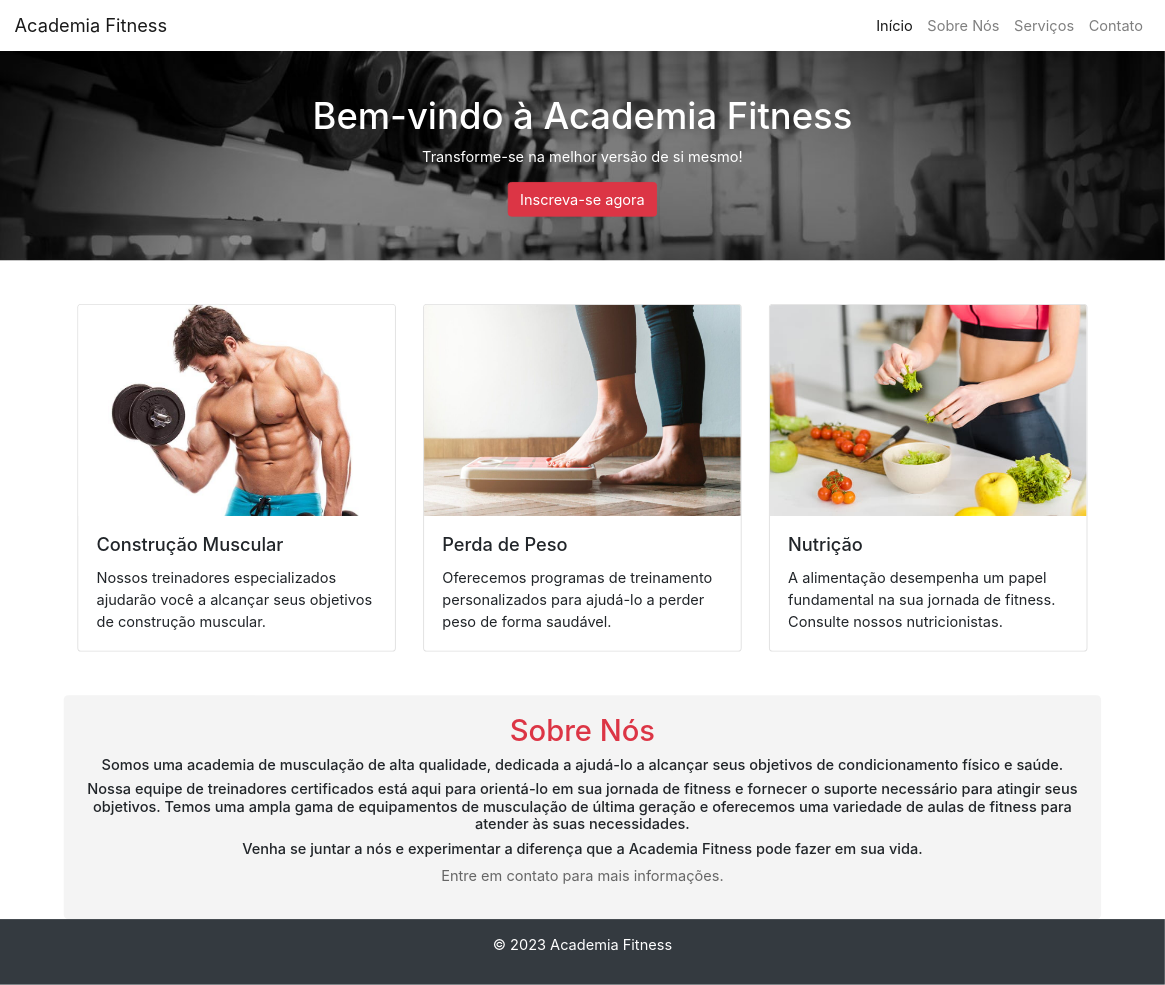
Repository: 01nethy/pratica14
Page: index.html
The author's editor kept a copy of each file at every save. The page is drawn from the files as they stood at one save, then again after the next save.
The browser window is 1280 px wide. The pictures show the whole page, at 91% of full size.

Above is the page before, as saved 2023-09-08 00:16:26.

### index.html
<!DOCTYPE html>
<html lang="pt-BR">
<head>
    <meta charset="UTF-8">
    <meta name="viewport" content="width=device-width, initial-scale=1.0">
    <title>Academia de Musculação</title>
    <link rel="stylesheet" href="https://stackpath.bootstrapcdn.com/bootstrap/4.5.2/css/bootstrap.min.css">
    <link rel="stylesheet" href="style.css">
</head>
<body>

<!-- Barra de navegação -->
<nav class="navbar navbar-expand-lg navbar-light bg-white">
    <a class="navbar-brand" href="#">Academia Fitness</a>
    <button class="navbar-toggler" type="button" data-toggle="collapse" data-target="#navbarNav" aria-controls="navbarNav" aria-expanded="false" aria-label="Toggle navigation">
        <span class="navbar-toggler-icon"></span>
    </button>
    <div class="collapse navbar-collapse" id="navbarNav">
        <ul class="navbar-nav ml-auto">
            <li class="nav-item active">
                <a class="nav-link" href="#">Início</a>
            </li>
            <li class="nav-item">
                <a class="nav-link" href="#">Sobre Nós</a>
            </li>
            <li class="nav-item">
                <a class="nav-link" href="#">Serviços</a>
            </li>
            <li class="nav-item">
                <a class="nav-link" href="#">Contato</a>
            </li>
        </ul>
    </div>
</nav>

<!-- Cabeçalho -->
<header id="fundo" class="py-5 text-center">
    <h1>Bem-vindo à Academia Fitness</h1>
    <p>Transforme-se na melhor versão de si mesmo!</p>
    <a class="btn btn-danger" href="#">Inscreva-se agora</a>
</header>

<!-- Seção de Destaque -->
<section class="container my-5">
    <div class="row">
        <div class="col-md-4">
            <div class="card">
                <img src="massa.jpg" class="card-img-top" alt="Ganho de Massa">
                <div class="card-body">
                    <h5 class="card-title">Construção Muscular</h5>
                    <p class="card-text">Nossos treinadores especializados ajudarão você a alcançar seus objetivos de construção muscular.</p>
                </div>
            </div>
        </div>
        <div class="col-md-4">
            <div class="card">
                <img src="peso.jpeg" class="card-img-top" alt="Perda de Peso">
                <div class="card-body">
                    <h5 class="card-title">Perda de Peso</h5>
                    <p class="card-text">Oferecemos programas de treinamento personalizados para ajudá-lo a perder peso de forma saudável.</p>
                </div>
            </div>
        </div>
        <div class="col-md-4">
            <div class="card">
                <img src="nutricao.jpg" class="card-img-top" alt="Nutrição">
                <div class="card-body">
                    <h5 class="card-title">Nutrição</h5>
                    <p class="card-text">A alimentação desempenha um papel fundamental na sua jornada de fitness. Consulte nossos nutricionistas.</p>
                </div>
            </div>
        </div>
    </div>
</section>

<div class="container mt-5 info">
    <h2 class="text-danger mx-1">Sobre Nós</h2>
    <h6>Somos uma academia de musculação de alta qualidade, dedicada a ajudá-lo a alcançar seus objetivos de condicionamento físico e saúde.</h6>
    <h6>Nossa equipe de treinadores certificados está aqui para orientá-lo em sua jornada de fitness e fornecer o suporte necessário para atingir seus objetivos. Temos uma ampla gama de equipamentos de musculação de última geração e oferecemos uma variedade de aulas de fitness para atender às suas necessidades.</h6>
    <h6>Venha se juntar a nós e experimentar a diferença que a Academia Fitness pode fazer em sua vida.</h6>
    <p>Entre em contato para mais informações.</p>
</div>

<!-- Rodapé -->
<footer class="bg-dark text-white text-center py-3">
    <p>&copy; 2023 Academia Fitness</p>
</footer>


</body>
</html>

### style.css
#fundo{

    background: url(background2.jpg) top left;
    background-size: cover;

}

header{
    color: white;
}

.info {
    background-color: #f4f4f4;
    padding: 20px;
    border-radius: 5px;
    margin-top: 20px;
    text-align: center;
}

.info p {
    font-size: 16px;
    color: #666;
}

After the next save:
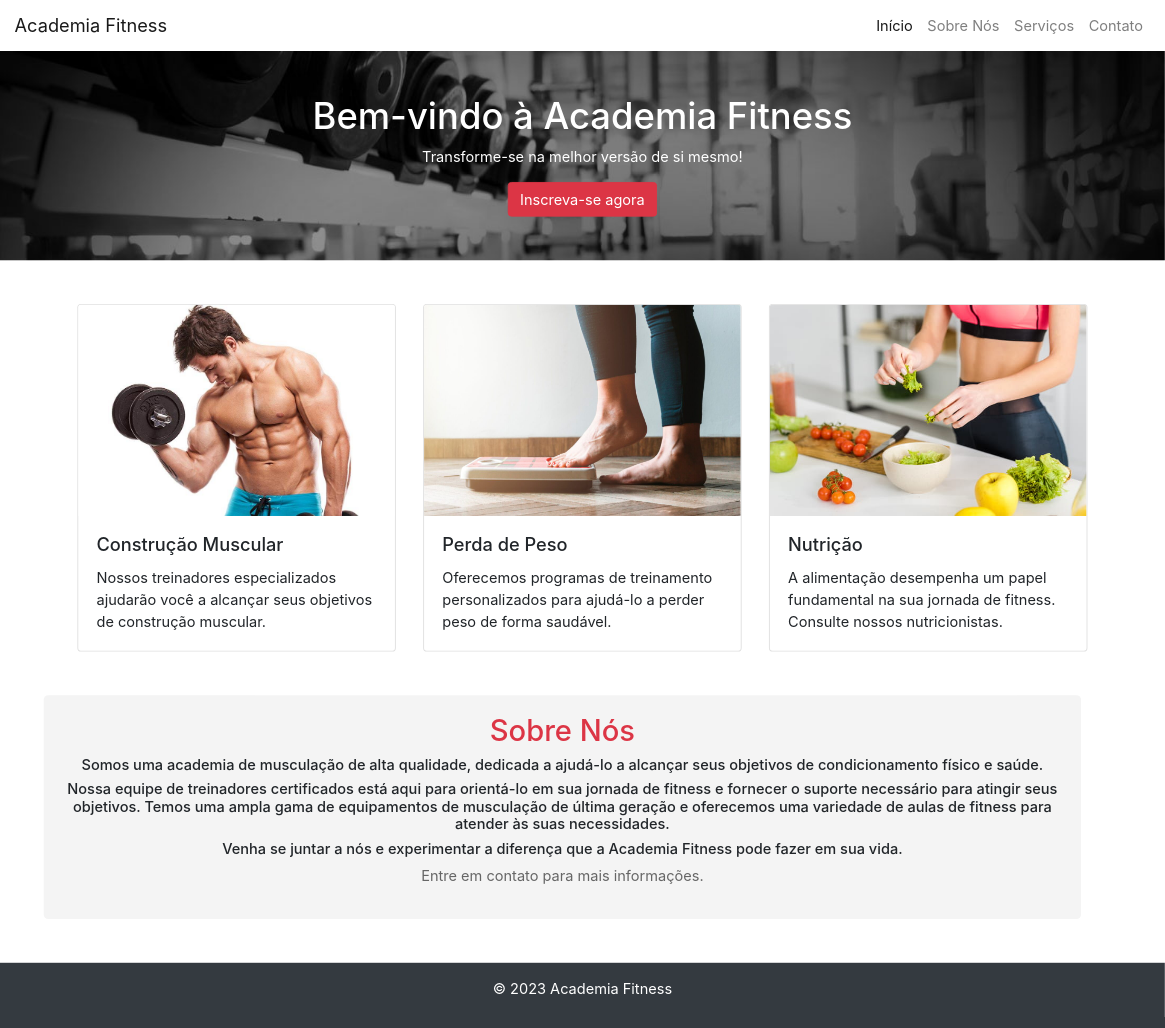
Saved 4 min 19 s later.
--- a/index.html
+++ b/index.html
@@ -73,8 +73,8 @@
     </div>
 </section>
 
-<div class="container mt-5 info">
-    <h2 class="text-danger mx-1">Sobre Nós</h2>
+<div class="container m-5 info">
+    <h2 class="text-danger">Sobre Nós</h2>
     <h6>Somos uma academia de musculação de alta qualidade, dedicada a ajudá-lo a alcançar seus objetivos de condicionamento físico e saúde.</h6>
     <h6>Nossa equipe de treinadores certificados está aqui para orientá-lo em sua jornada de fitness e fornecer o suporte necessário para atingir seus objetivos. Temos uma ampla gama de equipamentos de musculação de última geração e oferecemos uma variedade de aulas de fitness para atender às suas necessidades.</h6>
     <h6>Venha se juntar a nós e experimentar a diferença que a Academia Fitness pode fazer em sua vida.</h6>
